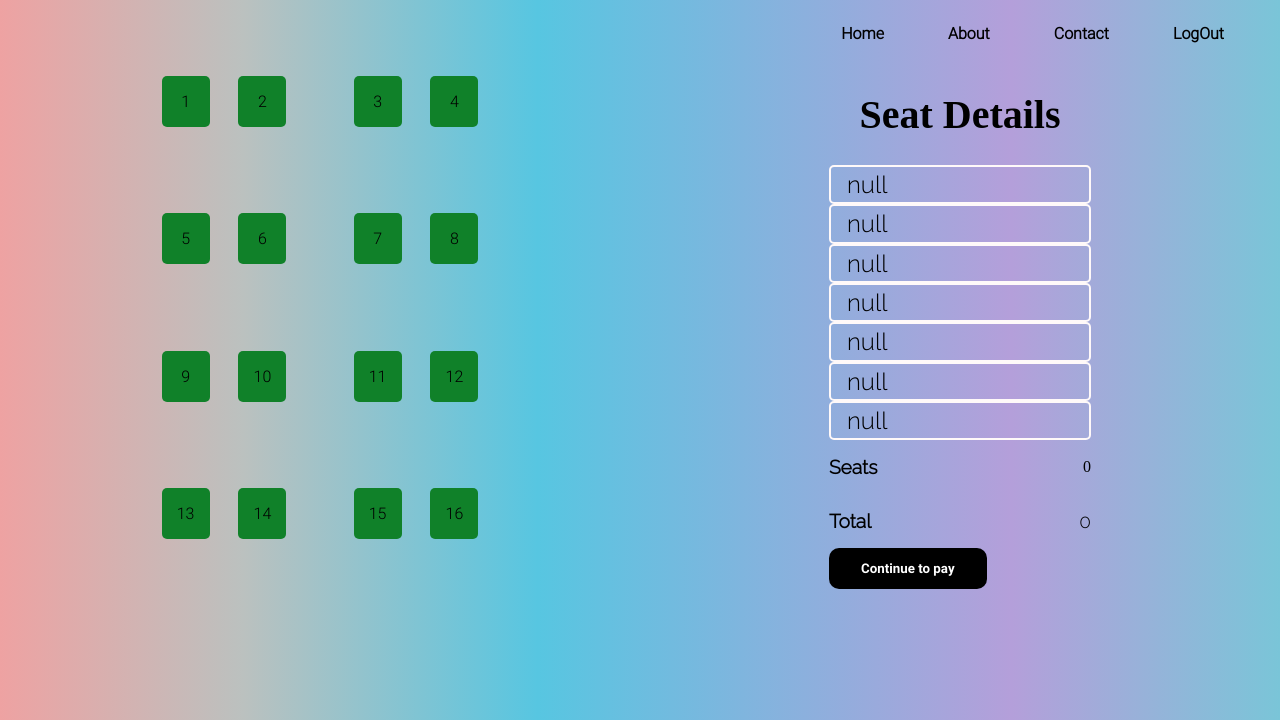
Repository: Savindushehan/RouteMaster-Group-project
Page: http://localhost/RouterMaster/UpdateBooking.jsp
The author's editor kept a copy of each file at every save. The page is drawn from the files as they stood at one save, then again after the next save.
The browser window is 1280 px wide. The pictures show the whole page.
The page is served by Tomcat 10. Other server files are loaded and not shown.

Above is the page before, as saved 2023-10-27 06:13:25.

### RouteMaster/RouterMaster/src/main/webapp/UpdateBooking.jsp
<%@ page language="java" contentType="text/html; charset=UTF-8" pageEncoding="UTF-8"%>
<%@ taglib prefix="c" uri="http://java.sun.com/jsp/jstl/core" %>
<!DOCTYPE html>
<html lang="en">
<head>
    <meta charset="UTF-8">
    <meta name="viewport" content="width=device-width, initial-scale=1.0">
    <title>RouteMaste</title>
    <style>
        @font-face {
        font-family: 'Roboto-Light'; /* Font family name */
        src: url('Fonts/Roboto-Light.ttf') format('truetype'); /* URL to your font file */
        font-weight: normal;
        font-style: italic;
        }
        @font-face {
        font-family: 'Raleway-Light'; /* Font family name */
        src: url('Fonts/Raleway-Light.ttf') format('truetype'); /* URL to your font file */
        font-weight: normal;
        font-style: italic;
        }
        @font-face {
        font-family: 'Roboto-Bold'; /* Font family name */
        src: url('Fonts/Roboto-Bold.ttf') format('truetype'); /* URL to your font file */
        font-weight: normal;
        font-style: italic;
        }
        :root{
            --div-color1:#000000;
            --div-color2:#272702;
            --div-color3:#07FAFA;
            --div-color4:#FFFFFF;
        }
        a{
            text-decoration: none;
        }
        body{
            margin: 0;
            padding: 0;
           background-image: linear-gradient(to right, #eea2a2 0%, #bbc1bf 19%, #57c6e1 42%, #b49fda 79%, #7ac5d8 100%);
            background-size: cover;
            background-repeat: no-repeat;
            background-position: center;
            height: 100vh;

        }

        .head{
            display: flex;
            flex-direction: row;
            justify-content: right;
        }
        header h3{
            color: var(--div-color1);
            font-size:1rem;
            margin-right: 3rem;
            cursor: grab;
            padding: 0.5rem;
            border-radius: 0.5rem;
            outline: none;
            font-family: 'Roboto-Light';
        }
        span{
            width: 3rem;
            text-align: center;
            padding-top: 1rem;
            padding-bottom: 1rem;
            border-radius: 5px;
            background-color:rgb(16, 129, 41);
            outline: none;
            cursor: pointer;
            font-family: 'Roboto-Light';

        }
        .side1{
            width: 30%;
            height: 70vh;
        }
        .side2{
            width: 30%;
            display: flex;
            flex-direction: column;
            justify-content: center;
            align-items: center;
        }
        .row1,.row2,.row3,.row4{
            display: flex;
            flex-direction: row;
            justify-content: space-around;
            margin-bottom: 12vh;
        }
        .column1,.column2{
            width: 40%;
            display: flex;
            flex-direction: row;
            justify-content: space-around;
        }
        main{
            display: flex;
            flex-direction: row;
            justify-content: space-around;
            align-items: center;
        }
        button{
          text-align: center;
          padding-left: 2rem;
          padding-right: 2rem;
          padding-top: 0.8rem;
          padding-bottom: 0.8rem;
          border-radius: 10px;
          font-family: 'Roboto-Bold';
          background-color: var(--div-color1);
          color: var(--div-color4);
          border: none;
          outline: none;
          cursor: pointer;
          transition:all 0.3s;
        }
        .details1,.details2{
            display: flex;
            flex-direction: row;
            justify-content:space-between;
            align-items: center;
        }
        h1{
          font-size: 2.5rem;
          text-align: center;
          margin-top: 1.5rem;
        }
        h2{
            font-size: 1.2rem;
          font-family: 'Raleway-Light';
        }
        #seats{
            font-size: 1.2rem;
          font-family: 'Raleway-Light';
            margin-left: 1rem;
        }
        #total{
            font-size: 1.2rem;
          font-family: 'Raleway-Light';
            margin-left: 1rem;

        }
        .column10{
          	width: 40%;
            display: flex;
            flex-direction: row;
            justify-content: space-around;
        }
         input{
          font-size: 1.5rem;
          font-family:'Raleway-Light';
          width: 15rem;
          outline: none;
          padding-left: 1rem;
          padding-top: 0.2rem;
          padding-bottom: 0.2rem;
          border-radius: 5px;
          border: 2px solid red;
          border: none;
          background: transparent;
          border:2px solid rgb(255, 249, 249);

        }
         #btn:hover{
         transform:scale(1.15);
        }
        </style>
</head>
<body>

     <header>
        <div class="head">
          <a href="Home.jsp"><h3 id="m1">Home</h3></a>
           <a href="AboutUs.jsp"><h3 id="m2">About</h3></a>
            <a href="ContactUS.jsp"><h3 id="m3">Contact</h3></a>
           <a href="login.jsp"><h3 id="m4">LogOut</h3></a>
        </div>
    </header>
    <main>
        <div class="side1">
            <div class="row1">
                <div class="column1">
                    <span id="s1">1</span>
                    <span id="s2">2</span>
                </div>
            <div class="column2">
                <span id="s3">3</span>
                <span id="s4">4</span>
            </div>
        </div>
        <div class="row2">
            <div class="column1">
                <span id="s5">5</span>
                <span id="s6">6</span>
            </div>
        <div class="column2">
            <span id="s7">7</span>
            <span id="s8">8</span>
        </div>
    </div>
    <div class="row3">
        <div class="column1">
            <span id="s9">9</span>
            <span id="s10">10</span>
        </div>
    <div class="column2">
        <span id="s11">11</span>
        <span id="s12">12</span>
    </div>
</div>
<div class="row4">
    <div class="column1">
        <span id="s13">13</span>
        <span id="s14">14</span>
    </div>
<div class="column2">
    <span id="s15">15</span>
    <span id="s16">16</span>
</div>
</div>
        </div>
        <div class="side2">
            <form action="BookingServlet" method="Get">
 <h1>Seat Details</h1>

 <%

 String RID=request.getParameter("RID");
 String FID=request.getParameter("FID");
 String place=request.getParameter("place");
 String venue=request.getParameter("venue");
 String date=request.getParameter("date");
 String seats=request.getParameter("seats");
 String payment=request.getParameter("payment");

 %>


		<p id="seat" name="seat"></p>
		<p id="tota" name="tota"></p>
<div class="column10">
 <input type="text" name="RID" value="<%=RID%>" readonly>
 </div>
 <div class="column10">
  <input type="text" name="FID" value="<%=FID%>" readonly>
 </div>
 <div class="column10">
  <input type="text" name="place" value="<%=place%>" readonly>
 </div>
 <div class="column10">
   <input type="text" name="Venue" value="<%=venue%>" readonly>
 </div>
  <div class="column10">
   <input type="text" name="date" value="<%=date%>" readonly>
 </div>
  <div class="column10">
   <input type="text" name="seats1" value="<%=seats%>">
 </div>
  <div class="column10">
   <input type="text" name="payment" value="<%=payment%>">
 </div>

    <div class="details1">
        <h2>Seats</h2>
        <label id="sea" name="seat">0</label>
    </div>
    <div class="details2">
        <h2>Total</h2>
        <label id="total" name="total">0</label>

        <input type="hidden" name="seats" id="seats">
<input type="hidden" name="total" id="totals">

    </div>
    <button id="btn">Continue to pay</button>


 </div>

            </form>

        </div>
    </main>
    <script>

        var M1=document.getElementById("m1");
        var M2=document.getElementById("m2");
        var M3=document.getElementById("m3");
        var M4=document.getElementById("m4");
        var BTN=document.getElementById("btn");
        var S1=document.getElementById("s1");
        var S2=document.getElementById("s2");
        var S3=document.getElementById("s3");
        var S4=document.getElementById("s4");
        var S5=document.getElementById("s5");
        var S6=document.getElementById("s6");
        var S7=document.getElementById("s7");
        var S8=document.getElementById("s8");
        var S9=document.getElementById("s9");
        var S10=document.getElementById("s10");
        var S11=document.getElementById("s11");
        var S12=document.getElementById("s12");
        var S13=document.getElementById("s13");
        var S14=document.getElementById("s14");
        var S15=document.getElementById("s15");
        var S16=document.getElementById("s16");
        var Seats=document.getElementById("sea");
        var Total=document.getElementById("total");
        function updateSeatsLabel() {
            var seatsLabel = document.getElementById("seats");
            var Total1=document.getElementById("totals");
            if (seatsLabel) {
                seatsLabel.value = count;
                Total1.value=count*450;

            }
        }

        M1.onmousemove=function(){
          M1.style.backgroundColor="var(--div-color3)";
          M1.style.color="var(--div-color4)";
        }
        M1.onmouseout=function(){
          M1.style.backgroundColor="";
          M1.style.color="var(--div-color1)";
        }
        M2.onmousemove=function(){
          M2.style.backgroundColor="var(--div-color3)";
          M2.style.color="var(--div-color4)";
        }
        M2.onmouseout=function(){
          M2.style.backgroundColor="";
          M2.style.color="var(--div-color1)";
        }
        M3.onmousemove=function(){
          M3.style.backgroundColor="var(--div-color3)";
          M3.style.color="var(--div-color4)";
        }
        M3.onmouseout=function(){
          M3.style.backgroundColor="";
          M3.style.color="var(--div-color1)";
        }
        M4.onmousemove=function(){
          M4.style.backgroundColor="var(--div-color3)";
          M4.style.color="var(--div-color4)";
        }
        M4.onmouseout=function(){
          M4.style.backgroundColor="";
          M4.style.color="var(--div-color1)";
        }
        /* Above javascript code must include all tha page.don't change the code.*/
        BTN.onmousemove=function(){
          BTN.style.color="var(--div-color1)";
          BTN.style.backgroundColor="var(--div-color4)";
        }
        BTN.onmouseout=function(){
          BTN.style.color="var(--div-color4)";
          BTN.style.backgroundColor="var(--div-color1)";
        }

        var s1=1;
        var count=0;
        S1.onclick=function(){
            if(s1==1){
                S1.style.backgroundColor="red";
                ++s1;
                ++count;
                Seats.innerHTML=count;
                Total.innerHTML=count*450
                updateSeatsLabel(); // Update the label

            }else if(s1==2){
                --s1;
                --count;
                Seats.innerHTML=count;
                Total.innerHTML=count*450;
                S1.style.backgroundColor="rgb(16, 129, 41)"
                    updateSeatsLabel(); // Update the label

            }
        }
        var s2=1;
        S2.onclick=function(){
            if(s2==1){
                S2.style.backgroundColor="red";
                ++s2;
                ++count;
                Seats.innerHTML=count;
                Total.innerHTML=count*450;
                updateSeatsLabel(); // Update the label

            }else if(s2==2){
                --s2;
                --count;
                Seats.innerHTML=count;
                Total.innerHTML=count*450;
                S2.style.backgroundColor="rgb(16, 129, 41)";
                updateSeatsLabel(); // Update the label

            }
        }
        var s3=1;
        S3.onclick=function(){
            if(s3==1){
                S3.style.backgroundColor="red";
                ++s3;
                ++count;
                Seats.innerHTML=count;
                Total.innerHTML=count*450;
                updateSeatsLabel(); // Update the label

            }else if(s3==2){
                --s3;
                --count;
                Seats.innerHTML=count;
                Total.innerHTML=count*450;
                S3.style.backgroundColor="rgb(16, 129, 41)";
                updateSeatsLabel(); // Update the label

            }
        }
        var s4=1;
        S4.onclick=function(){
            if(s4==1){
                S4.style.backgroundColor="red";
                ++s4;
                ++count;
                Total.innerHTML=count*450;
                Seats.innerHTML=count
                updateSeatsLabel(); // Update the label


            }else if(s4==2){
                --s4;
                --count;
                Seats.innerHTML=count;
                Total.innerHTML=count*450;
                S4.style.backgroundColor="rgb(16, 129, 41)";
                updateSeatsLabel(); // Update the label

            }
        }
        var s5=1;
        S5.onclick=function(){
            if(s5==1){
                S5.style.backgroundColor="red";
                ++s5;
                ++count;
                Seats.innerHTML=count;
                Total.innerHTML=count*450;
                updateSeatsLabel(); // Update the label
            }else if(s5==2){
                --s5;
                --count;
                Seats.innerHTML=count;
                Total.innerHTML=count*450;
                S5.style.backgroundColor="rgb(16, 129, 41)";
                updateSeatsLabel(); // Update the label
            }
        }
        var s6=1;
        S6.onclick=function(){
            if(s6==1){
                S6.style.backgroundColor="red";
                ++s6;
                ++count;
                Seats.innerHTML=count;
                Total.innerHTML=count*450;
                updateSeatsLabel(); // Update the label

            }else if(s6==2){
                --s6;
                --count;
                Seats.innerHTML=count;
                Total.innerHTML=count*450;
                S6.style.backgroundColor="rgb(16, 129, 41)";
                updateSeatsLabel(); // Update the label
            }
        }
        var s7=1;
        S7.onclick=function(){
            if(s7==1){
                S7.style.backgroundColor="red";
                ++s7;
                ++count;
                Seats.innerHTML=count;
                Total.innerHTML=count*450;
                updateSeatsLabel(); // Update the label
            }else if(s7==2){
                --s7;
                --count;
                Seats.innerHTML=count;
                Total.innerHTML=count*450;
                S7.style.backgroundColor="rgb(16, 129, 41)";
                updateSeatsLabel(); // Update the label
            }
        }
        var s8=1;
        S8.onclick=function(){
            if(s8==1){
                S8.style.backgroundColor="red";
                ++s8;
                ++count;
                Seats.innerHTML=count;
                Total.innerHTML=count*450;
                updateSeatsLabel(); // Update the label
            }else if(s8==2){
                --s8;
                --count;
                Seats.innerHTML=count;
                Total.innerHTML=count*450;
                S8.style.backgroundColor="rgb(16, 129, 41)";
                updateSeatsLabel(); // Update the label
            }
        }
        var s9=1;
        S9.onclick=function(){
            if(s9==1){
                S9.style.backgroundColor="red";
                ++s9;
                ++count;
                Seats.innerHTML=count;
                Total.innerHTML=count*450;
                updateSeatsLabel(); // Update the label

            }else if(s9==2){
                --s9;
                --count;
                Seats.innerHTML=count;
                Total.innerHTML=count*450;
                S9.style.backgroundColor="rgb(16, 129, 41)";
                updateSeatsLabel(); // Update the label
            }
        }
        var s10=1;
        S10.onclick=function(){
            if(s10==1){
                S10.style.backgroundColor="red";
                ++s10;
                ++count;
                Seats.innerHTML=count;
                Total.innerHTML=count*450;
                updateSeatsLabel(); // Update the label
            }else if(s10==2){
                --s10;
                Seats.innerHTML=count;
                Total.innerHTML=count*450;
                S10.style.backgroundColor="rgb(16, 129, 41)";
                updateSeatsLabel(); // Update the label
            }
        }
        var s11=1;
        S11.onclick=function(){
            if(s11==1){
                S11.style.backgroundColor="red";
                ++s11;
                ++count;
                Total.innerHTML=count*450;
                Seats.innerHTML=count;
                updateSeatsLabel(); // Update the label

            }else if(s11==2){
                --s11;
                --count;
                Seats.innerHTML=count;
                Total.innerHTML=count*450;
                S11.style.backgroundColor="rgb(16, 129, 41)";
                updateSeatsLabel(); // Update the label
            }
        }
        var s12=1;
        S12.onclick=function(){
            if(s12==1){
                S12.style.backgroundColor="red";
                ++s12;
                ++count;
                Total.innerHTML=count*450;
                Seats.innerHTML=count;
                updateSeatsLabel(); // Update the label

            }else if(s12==2){
                --s12;
                --count;
                Seats.innerHTML=count;
                Total.innerHTML=count*450;
                S12.style.backgroundColor="rgb(16, 129, 41)";
                updateSeatsLabel(); // Update the label
            }
        }
        var s13=1;
        S13.onclick=function(){
            if(s13==1){
                S13.style.backgroundColor="red";
                ++s13;
                ++count;
                Total.innerHTML=count*450;
                updateSeatsLabel(); // Update the label
            }else if(s13==2){
                --s13;
                --count;
                Seats.innerHTML=count;
                Total.innerHTML=count*450;
                S13.style.backgroundColor="rgb(16, 129, 41)";
                updateSeatsLabel(); // Update the label
            }
        }
        var s14=1;
        S14.onclick=function(){
            if(s14==1){
                S14.style.backgroundColor="red";
                ++s14;
                ++count;
                Total.innerHTML=count*450;
                Seats.innerHTML=count;
                updateSeatsLabel(); // Update the label

            }else if(s14==2){
                --s14;
                --count;
                Seats.innerHTML=count;
                Total.innerHTML=count*450;
                S14.style.backgroundColor="rgb(16, 129, 41)";
                updateSeatsLabel(); // Update the label
            }
        }
        var s15=1;
        S15.onclick=function(){
            if(s15==1){
                S15.style.backgroundColor="red";
                ++s15;
                ++count;
                Total.innerHTML=count*450;
                Seats.innerHTML=count;
                updateSeatsLabel(); // Update the label

            }else if(s15==2){
                --s15;
                --count;
                Seats.innerHTML=count;
                Total.innerHTML=count*450;
                S15.style.backgroundColor="rgb(16, 129, 41)";
                updateSeatsLabel(); // Update the label
            }
        }
        var s16=1;
        S16.onclick=function(){
            if(s16==1){
                S16.style.backgroundColor="red";
                ++s16;
                ++count;
                Total.innerHTML=count*450;
                Seats.innerHTML=count;
                updateSeatsLabel(); // Update the label

            }else if(s16==2){
                --s16;
                --count;
                Seats.innerHTML=count;
                Total.innerHTML=count*450;
                S16.style.backgroundColor="rgb(16, 129, 41)";
                updateSeatsLabel(); // Update the label
            }
        }

        updateSeatsLabel();


       </script>
</body>
</html>

After the next save:
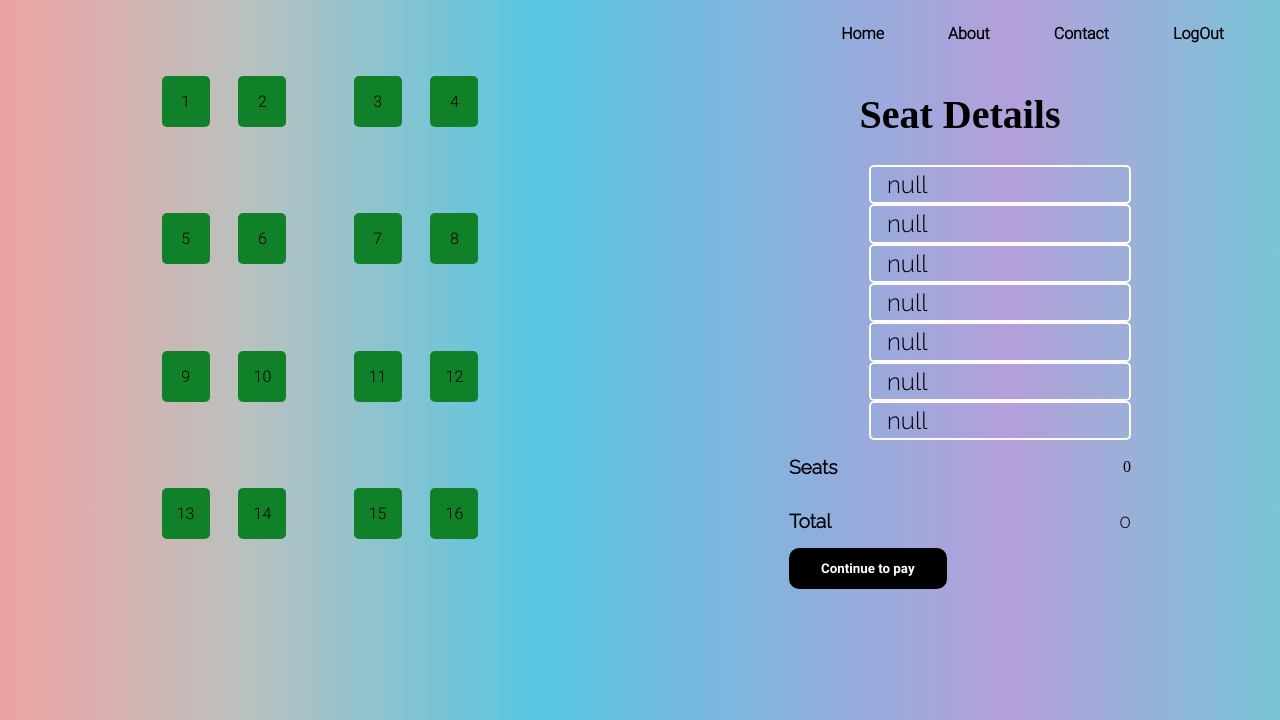
Saved 82 s later.
--- a/RouteMaster/RouterMaster/src/main/webapp/UpdateBooking.jsp
+++ b/RouteMaster/RouterMaster/src/main/webapp/UpdateBooking.jsp
@@ -161,6 +161,8 @@
           border: none;
           background: transparent;
           border:2px solid rgb(255, 249, 249);
+          margin-left: 5rem;
+
 
         }
          #btn:hover{
